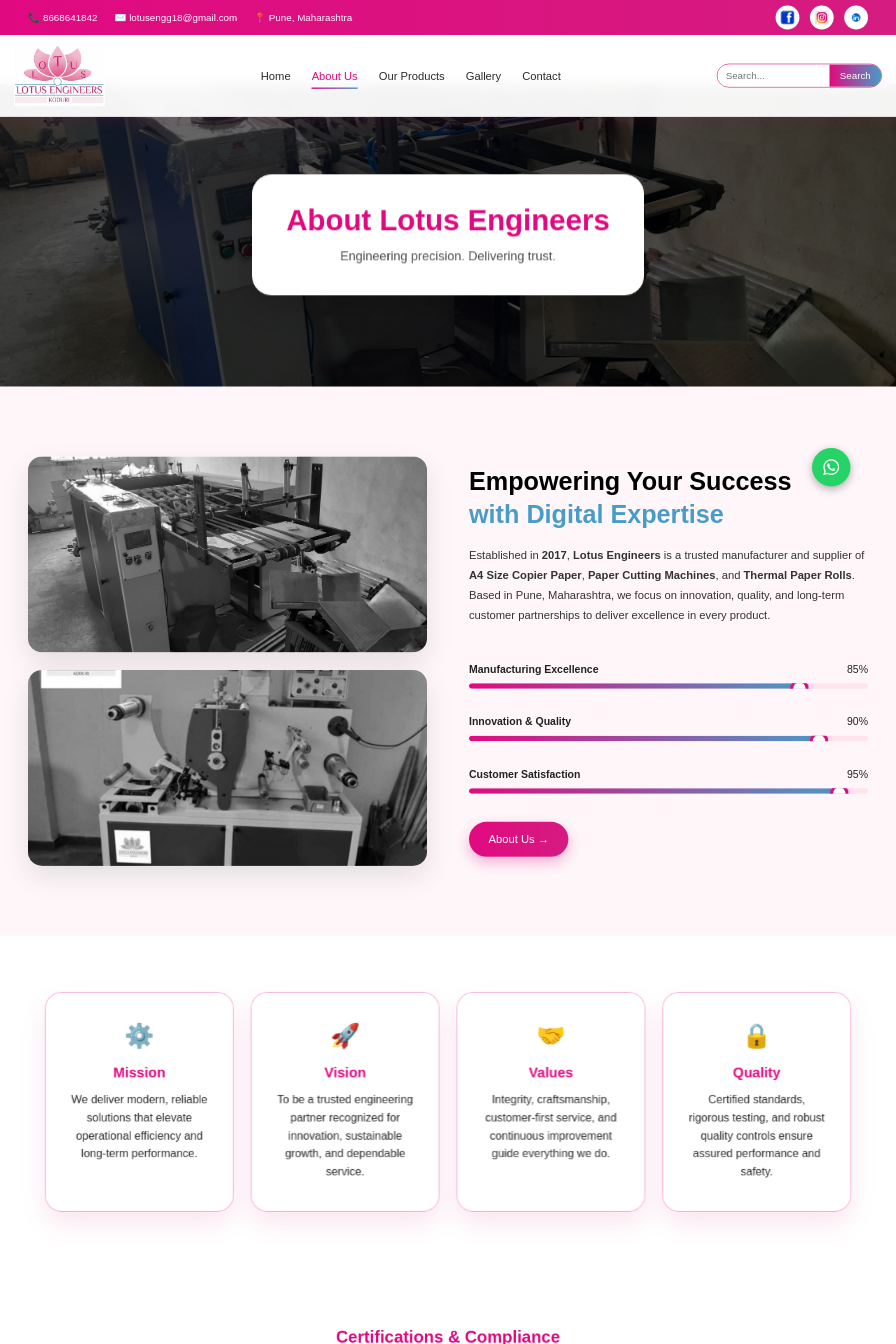
Repository: Khushichugh14/lotus-engineers
Page: about.html
The author's editor kept a copy of each file at every save. The page is drawn from the files as they stood at one save, then again after the next save.
The browser window is 1280 px wide. The pictures show the part of the page from y = 0 to 1920 px (the page is 3240 px tall), at 70% of full size.

Above is the page before, as saved 2025-12-24 14:05:29.

After the next save:
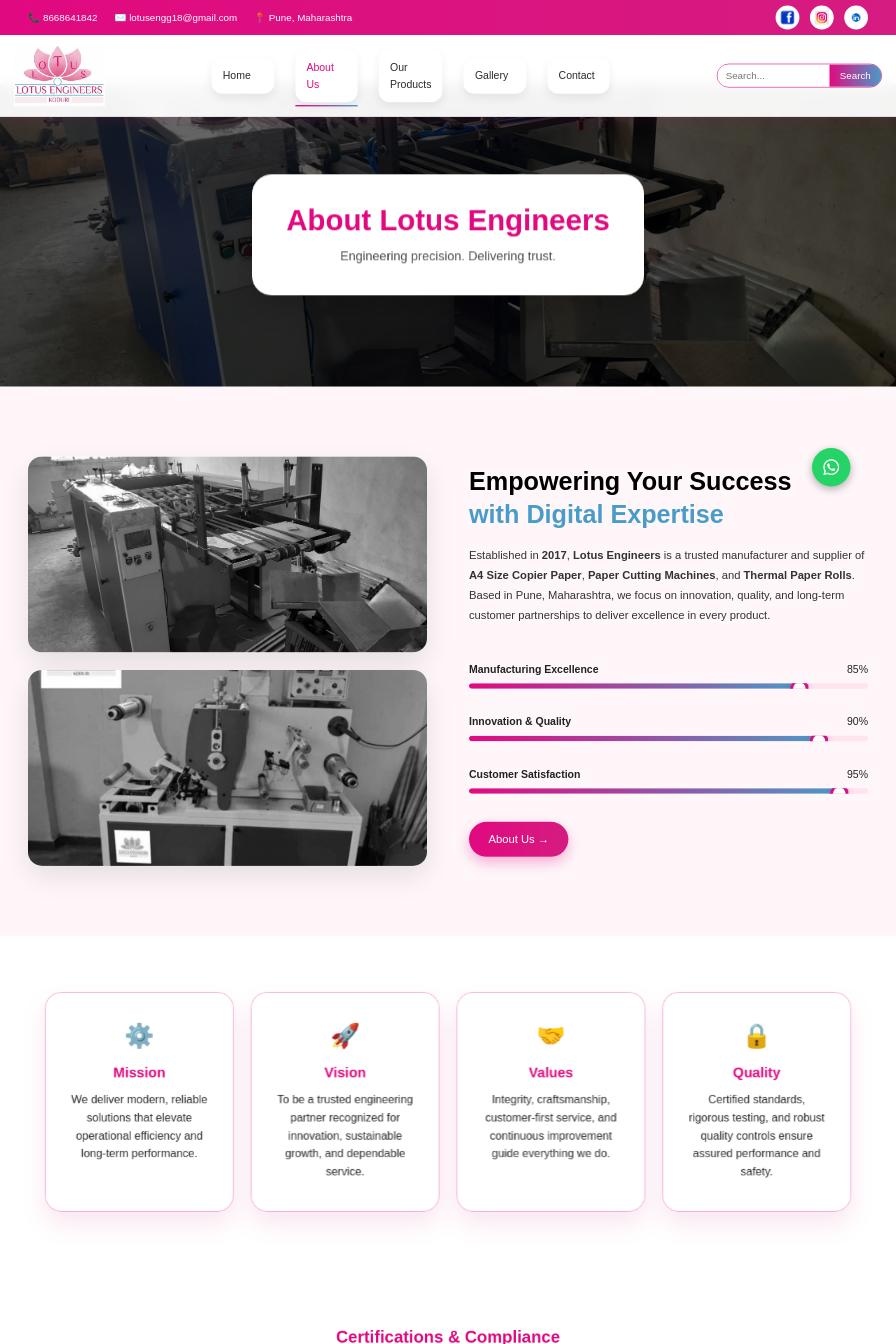
Saved 40 s later.
--- a/navbar.css
+++ b/navbar.css
@@ -221,3 +221,20 @@
     display: none;
   }
 }
+.nav-links a {
+  display: flex;
+  align-items: center;
+
+  width: 100%;
+  padding: 14px 16px;        /* ⬅ smaller height */
+  border-radius: 16px;       /* ⬅ tighter curve */
+
+  font-size: 15px;           /* ⬅ smaller text */
+  font-weight: 500;
+  color: #2b2b2b;
+  text-decoration: none;
+
+  background: #ffffff;
+  box-shadow: 0 6px 14px rgba(0,0,0,0.07); /* ⬅ lighter shadow */
+  transition: all 0.25s ease;
+}
